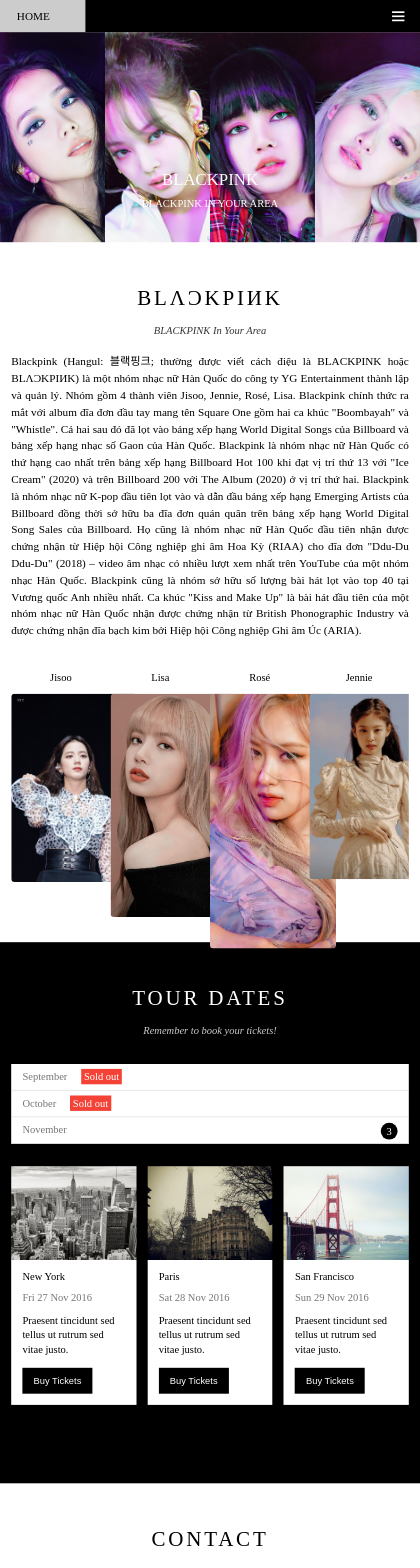
Repository: vanntrong/w3_band
Page: index.html
These files come from the project's save history. The page is drawn as it stood at one moment and after the next save; the edit follows.
The browser window is 600 px wide. The pictures show the part of the page from y = 0 to 2240 px (the page is 3026 px tall), at 70% of full size.

Above is the page before, as saved 2021-08-27 19:04:55.

After the next save:
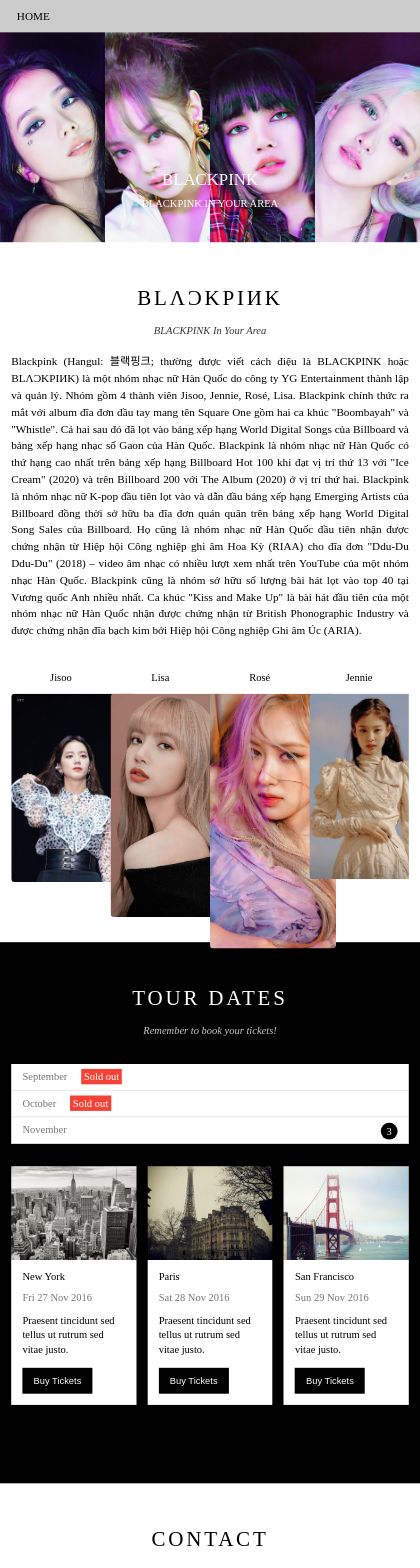
Saved 43 s later.
--- a/assest/css/responsive.css
+++ b/assest/css/responsive.css
@@ -6,4 +6,8 @@
     #header .search-btn {
         display: none;
     }
+
+    #nav {
+        display: block;
+    }
 }
